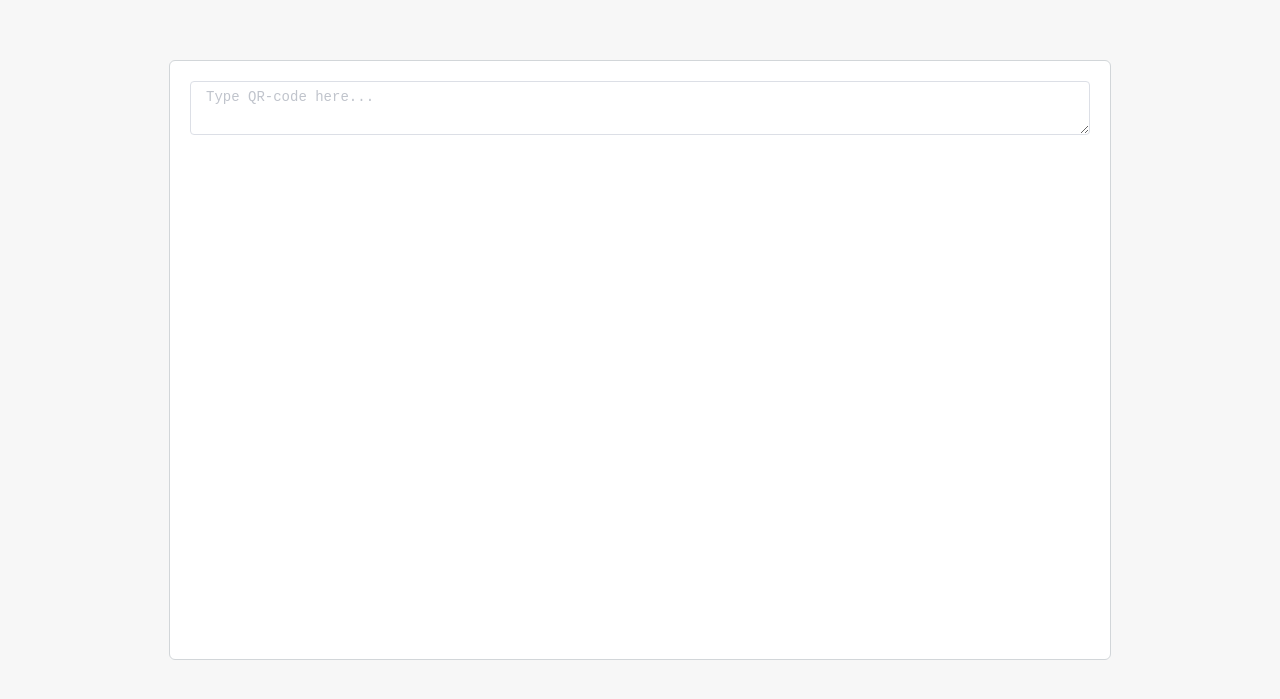
Repository: dvasyliev/qrcode_parser
Page: /
An editor plug-in stored every save of this project. The page is shown before and after the next save, followed by the edit.
The browser window is 1280 px wide. The pictures show the whole page.
The project was rebuilt for these pictures with package versions that can differ from the ones it lists, and the page was loaded fresh each time.

Above is the page before, as saved 2018-08-26 10:11:27.

After the next save:
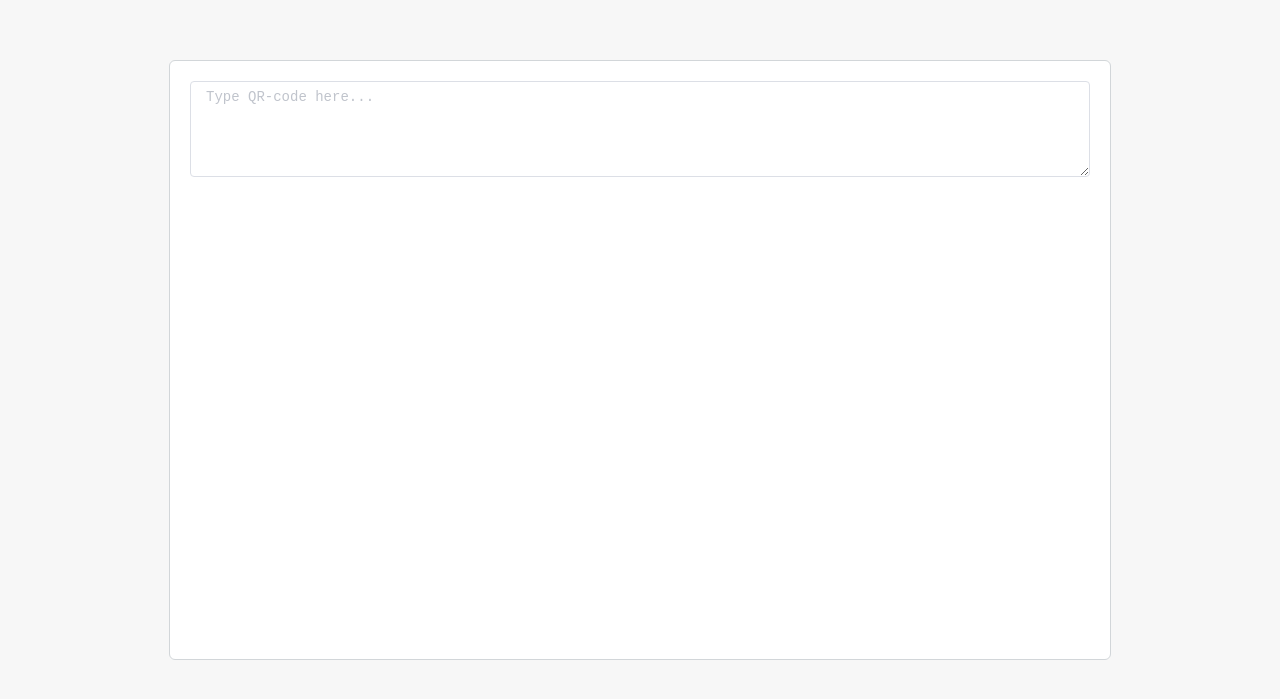
Saved 37 s later.
--- a/src/App.vue
+++ b/src/App.vue
@@ -3,10 +3,11 @@
     <div class="page">
       <div class="page__inner">
         <el-input
+          v-model="qrcode"
           type="textarea"
-          :rows="2"
           placeholder="Type QR-code here..."
-          v-model="qrcode"/>
+          :rows="4"
+          :autosize="false"/>
       </div>
     </div>
   </div>
